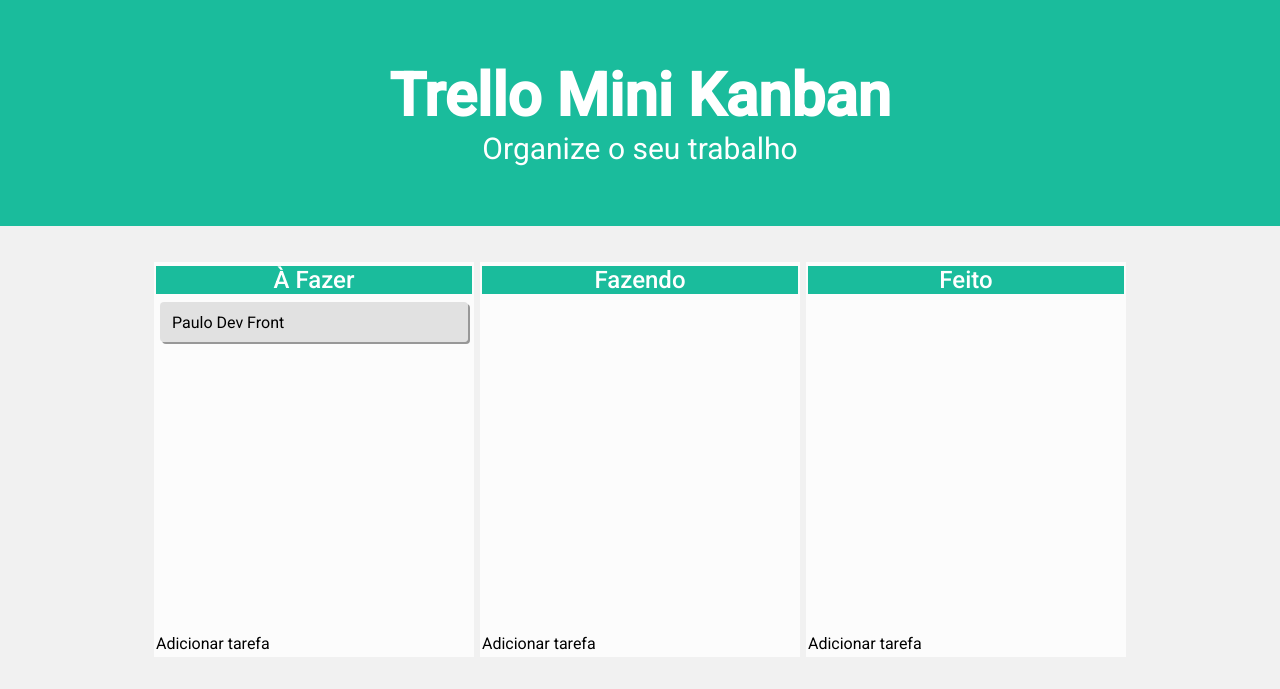
Repository: douglasabnovato/byteclass
Page: trello-mini-kanban/index.html
These files come from the project's save history. The page is drawn as it stood at one moment and after the next save; the edit follows.
The browser window is 1280 px wide. The pictures show the whole page.
The pointer rests on the first visible `.board ul li`.

Above is the page before, as saved 2025-07-31 21:30:26.

After the next save:
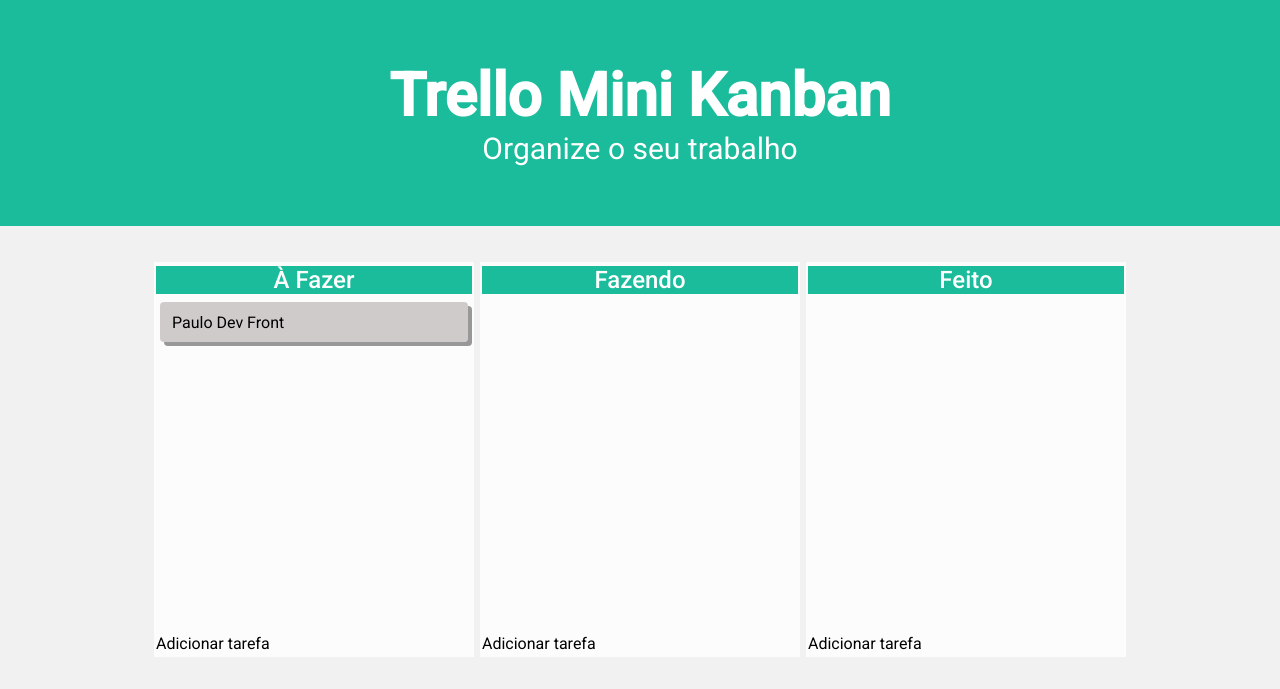
Saved 77 s later.
--- a/trello-mini-kanban/style.css
+++ b/trello-mini-kanban/style.css
@@ -67,8 +67,8 @@
 
 .board ul li:hover {
   cursor: move;
-  background-color: rgba(200, 200, 200, 0.5);
-  box-shadow: 2px 2px rgba(0, 0, 0, 0.4);
+  background-color: rgba(163, 156, 156, 0.5);
+  box-shadow: 4px 4px rgba(0, 0, 0, 0.4);
 }
 
 /*
